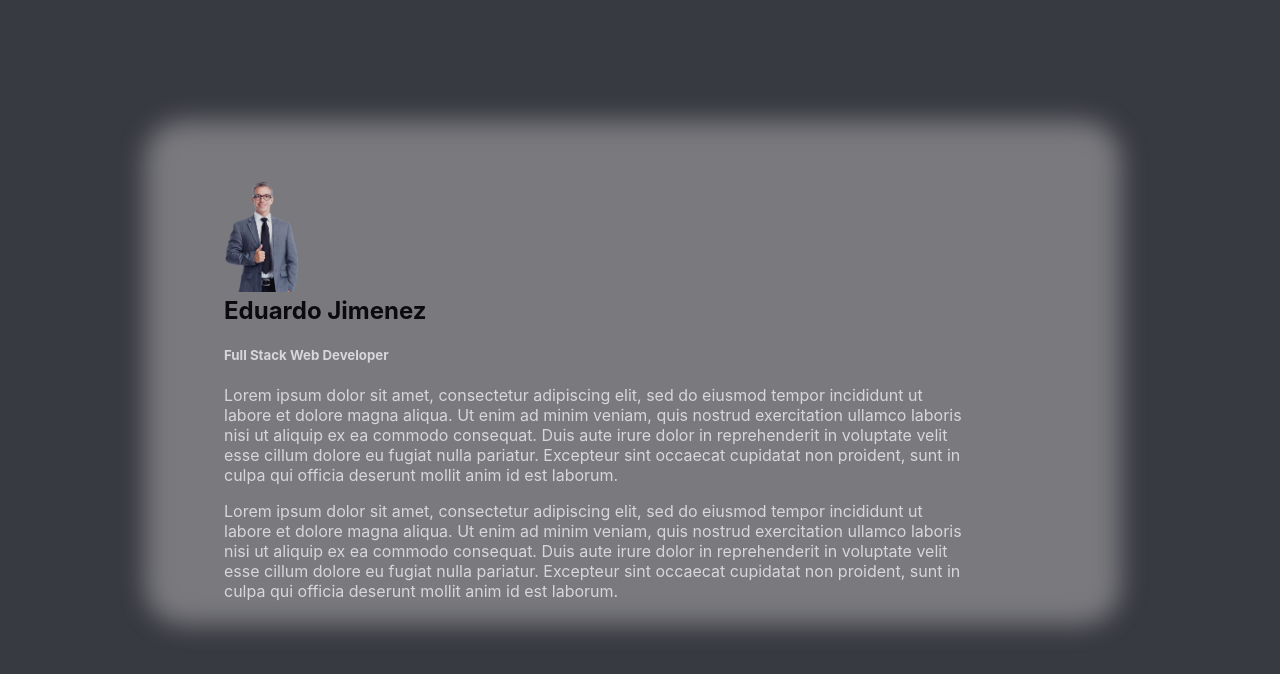
Repository: l8nightswithJS/react-my-portfolio
Page: /
An editor plug-in stored every save of this project. The page is shown before and after the next save, followed by the edit.
The browser window is 1280 px wide. The pictures show the whole page.
The project was rebuilt for these pictures with package versions that can differ from the ones it lists, and the page was loaded fresh each time.

Above is the page before, as saved 2021-04-29 13:20:28.

After the next save:
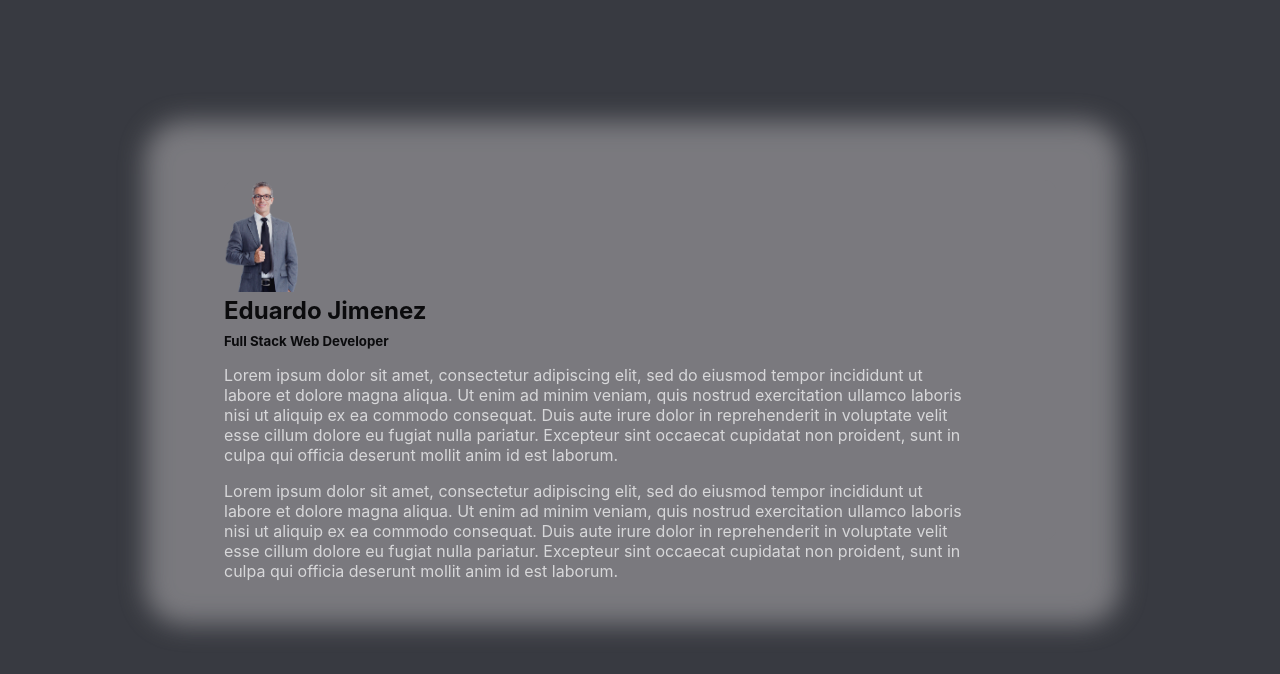
Saved 5 s later.
--- a/src/App.css
+++ b/src/App.css
@@ -30,7 +30,7 @@ section div h1 {
   margin: 0;
 }
 
-h4 {
+h5 {
   color: black;
   margin: 0;
   padding-top: 1%;
